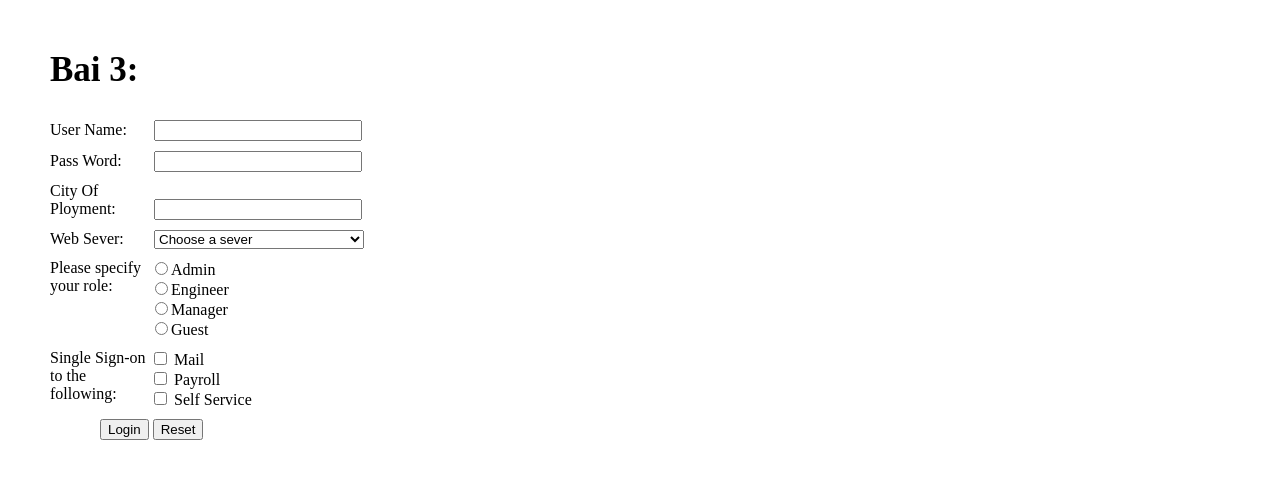
Repository: truongtn04/f8-fullstack-k5
Page: day03/ex03.html
The author's editor kept a copy of each file at every save. The page is drawn from the files as they stood at one save, then again after the next save.
The browser window is 1280 px wide. The pictures show the whole page.

Above is the page before, as saved 2023-11-27 12:20:54.

After the next save:
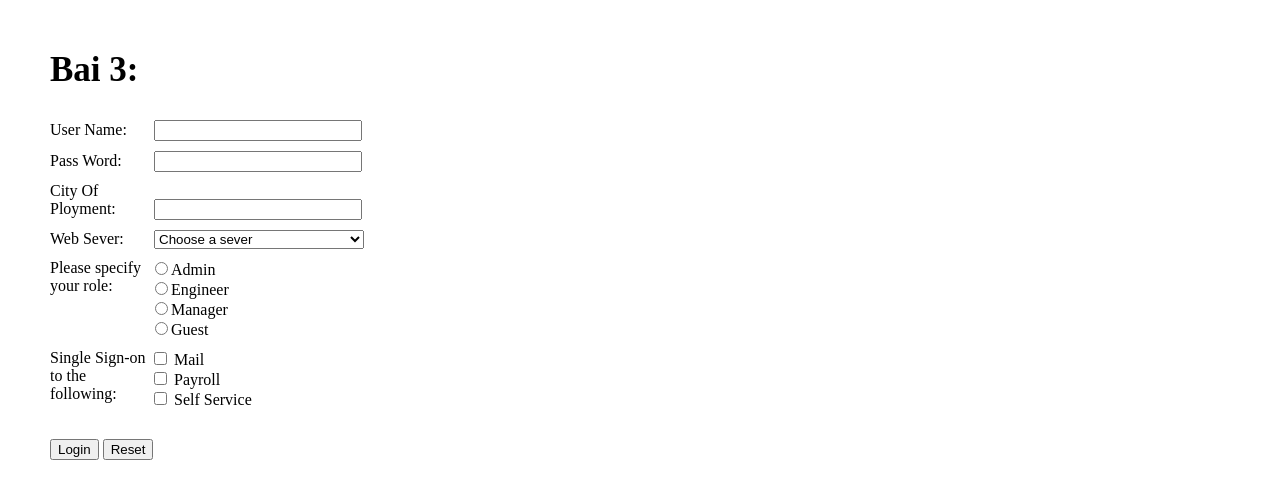
Saved 17 s later.
--- a/day03/css/ex03.css
+++ b/day03/css/ex03.css
@@ -30,5 +30,5 @@ select{
     display: flex;
 }
 .button{
-    margin-left: 50px;
+    margin:30px 0 50px;
 }
